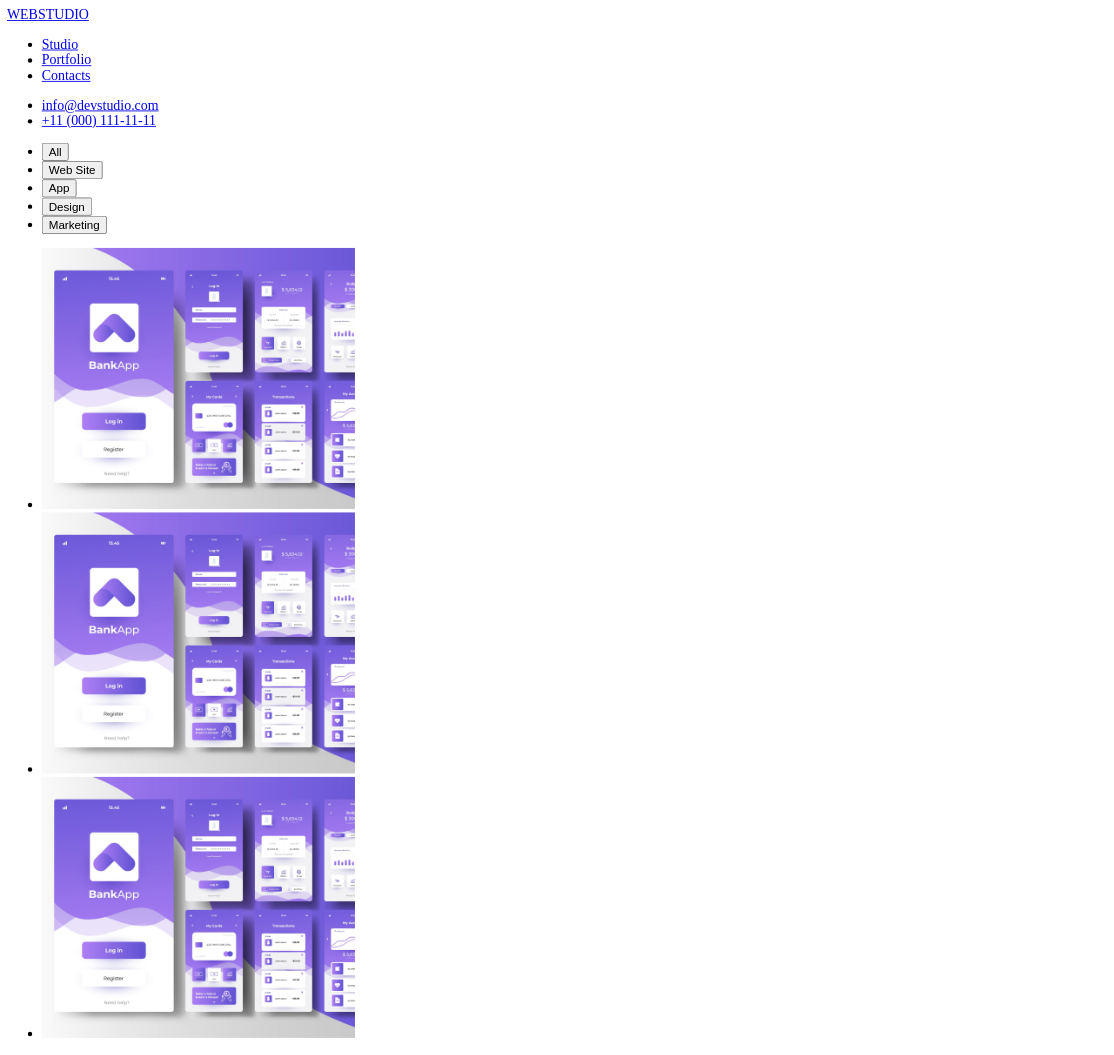
Repository: jandiman/goit-markup-hw-02
Page: portfolio.html
The author's editor kept a copy of each file at every save. The page is drawn from the files as they stood at one save, then again after the next save.
The browser window is 1280 px wide. The pictures show the whole page, at 87% of full size.

Above is the page before, as saved 2023-06-30 23:17:34.

After the next save:
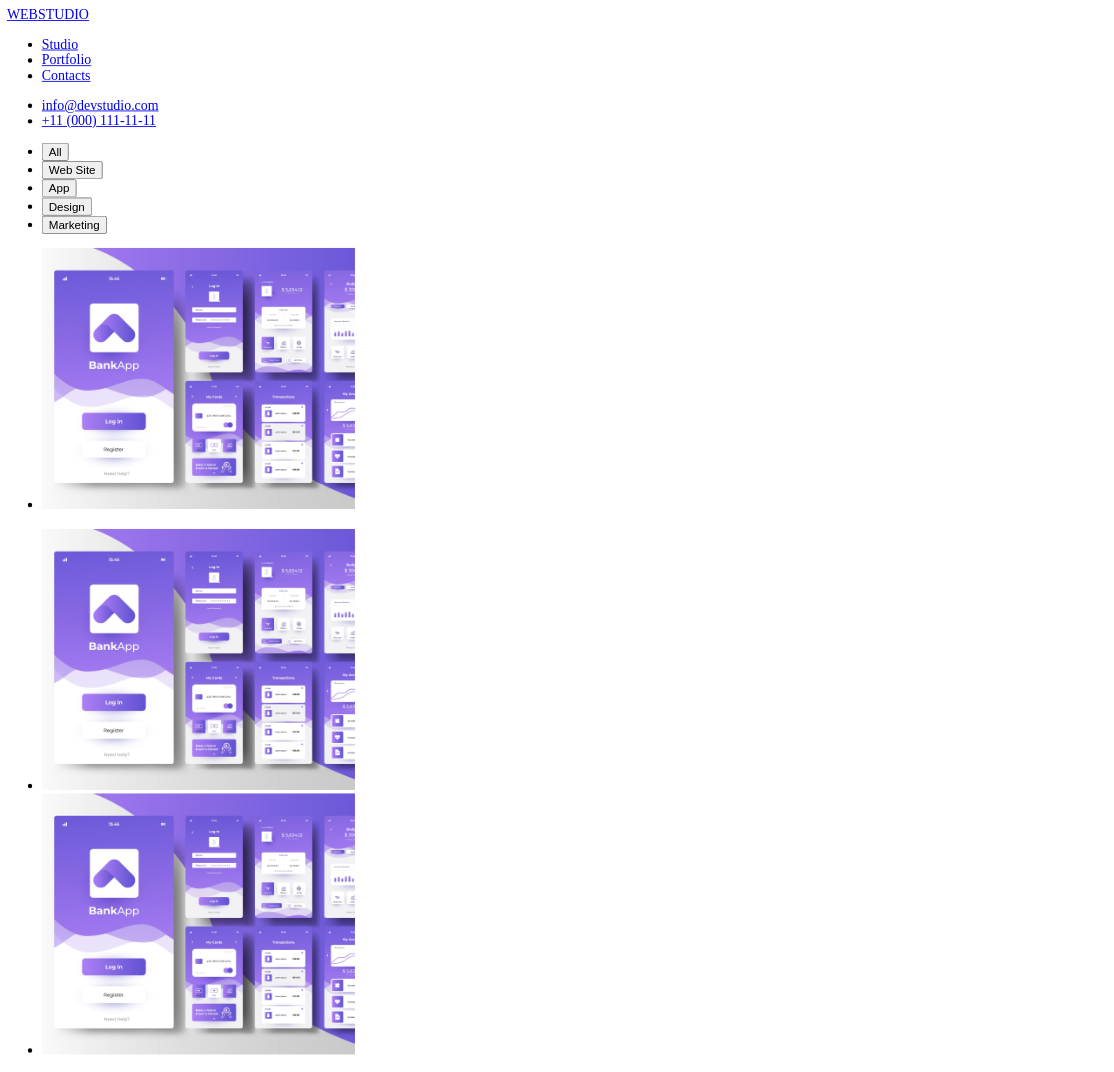
Saved 2 min 17 s later.
--- a/portfolio.html
+++ b/portfolio.html
@@ -48,6 +48,8 @@
               alt="img 1"
               width="360"
             />
+            <h3></h3>
+            <p></p>
           </li>
           <li>
             <img
